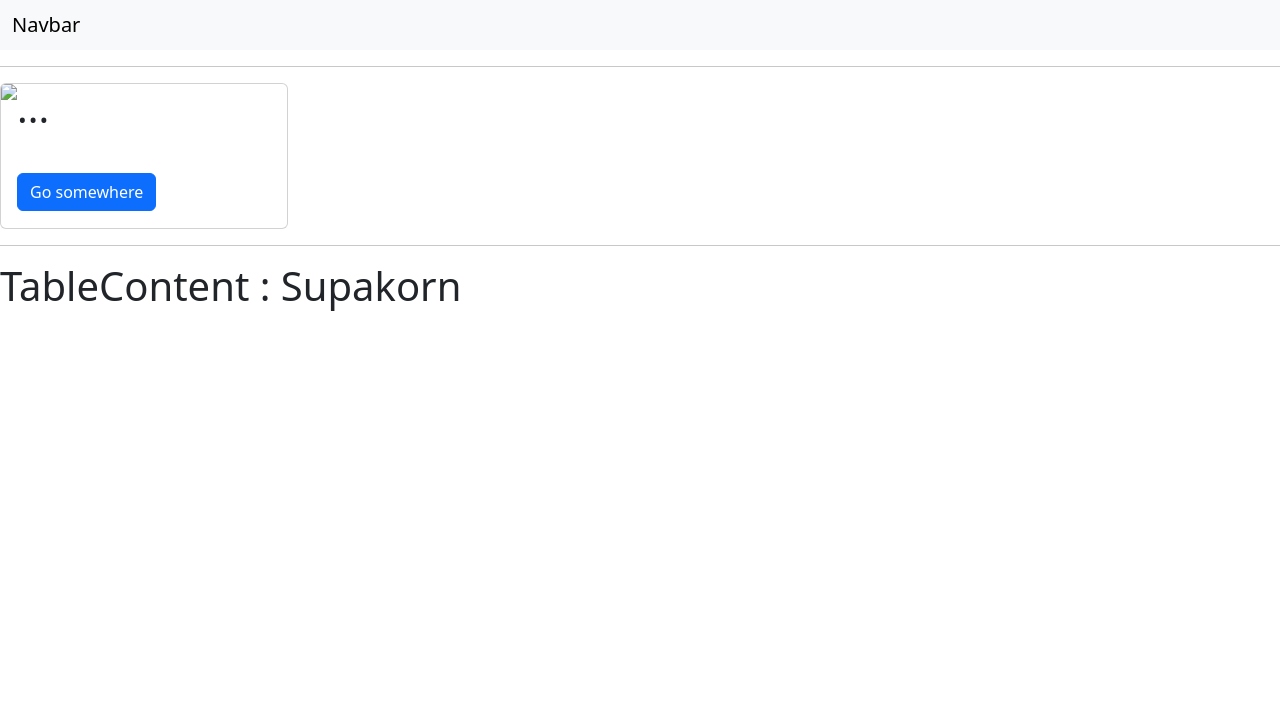
Repository: supakorn5039-boon/React-s
Page: /
The author's editor kept a copy of each file at every save. The page is drawn from the files as they stood at one save, then again after a run of saves.
The browser window is 1280 px wide. The pictures show the whole page.
The project was rebuilt for these pictures with package versions that can differ from the ones it lists, and the page was loaded fresh each time. Also part of the build but not shown: vite.config.js, src/inedx.css.

Above is the page before, as saved 2024-01-09 09:33:52.

After the next 2 saves:
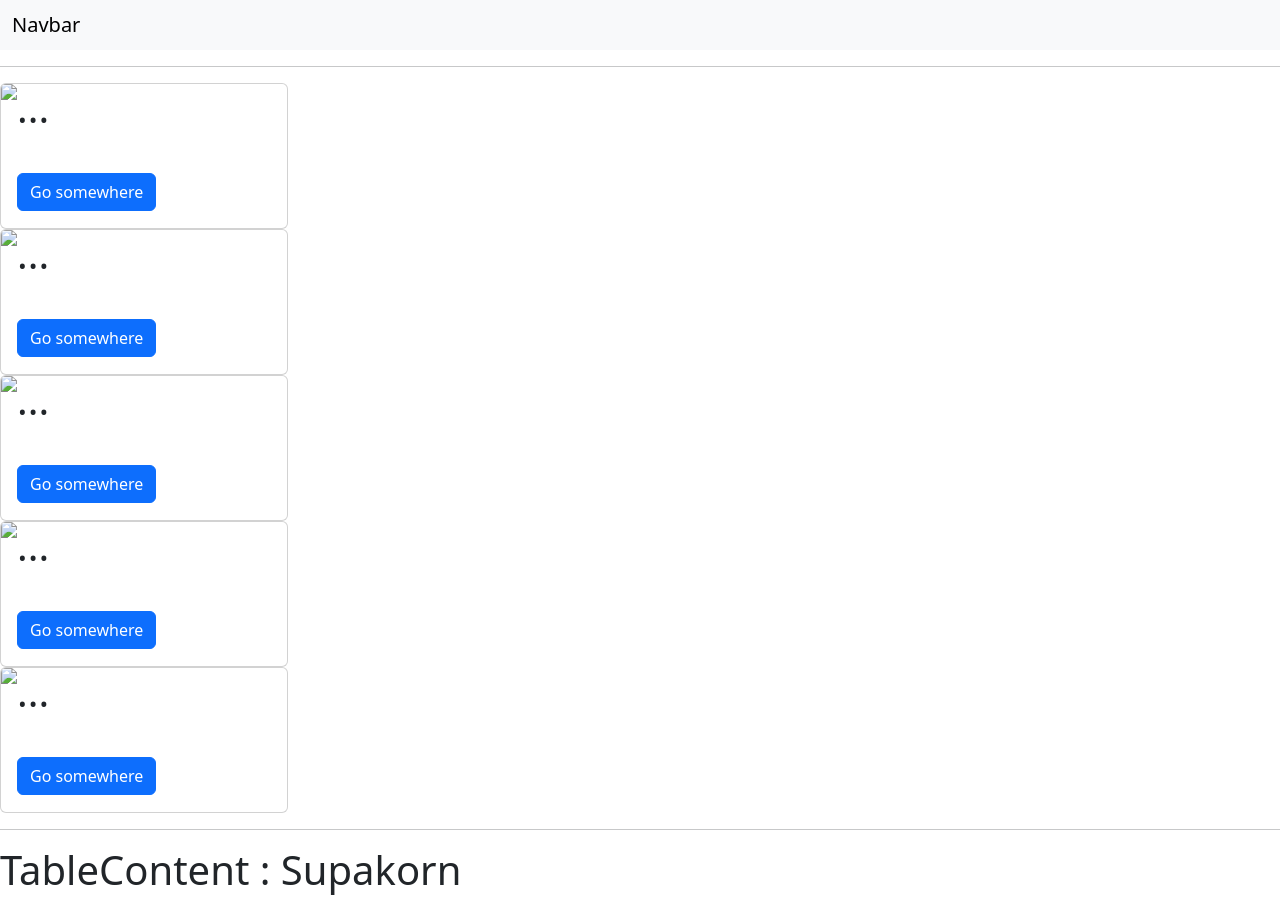
The 2 saves are shown as one change because they came seconds apart.
The last was saved 9 s later.
--- a/src/App.jsx
+++ b/src/App.jsx
@@ -40,11 +40,11 @@ export default function App() {
       <Navbar text={name} handleShow={handleShow} setData={setData} />
       <hr />
 
-    {obj.map((c) => {
-      return
-    })}
+      {obj.map((c) => {
+        return <Card />;
+      })}
 
-      <Card  />
+      <Card />
       <hr />
       <TableContent data={data} />
     </h1>
